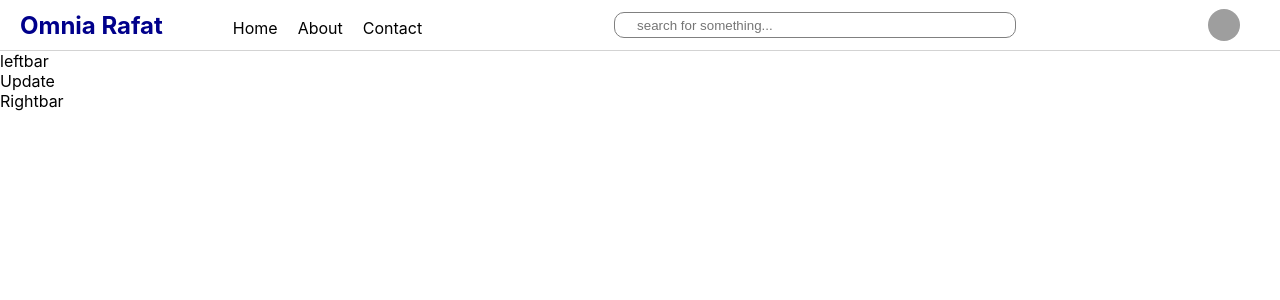
Repository: OmniaRafat232111121/ReduxToolKitt
Page: / (app in app/)
An editor plug-in stored every save of this project. The page is shown before and after a run of saves, followed by the edit.
The browser window is 1280 px wide. The pictures show the whole page.
Pictures or frames that could not be fetched are drawn as grey boxes. The project was rebuilt for these pictures with package versions that can differ from the ones it lists, and the page was loaded fresh each time. Also part of the build but not shown: app/src/App.css.

Above is the page before, as saved 2022-08-03 02:42:18.

After the next 5 saves:
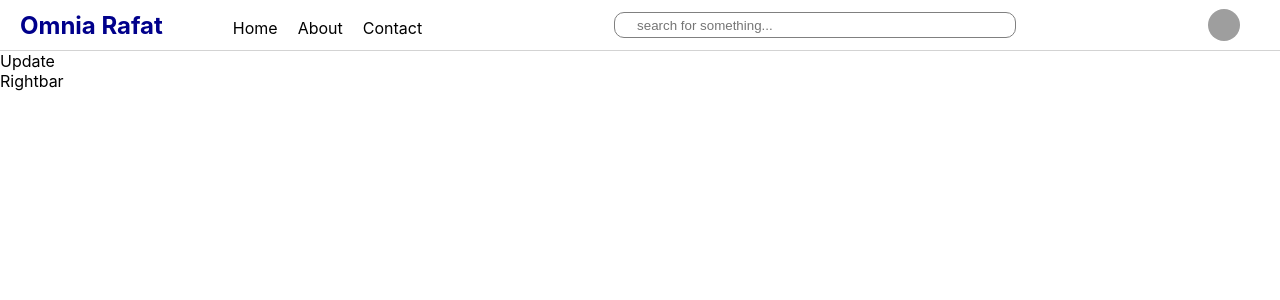
The 5 saves are shown as one change because they came seconds apart.
The last was saved 8 h 23 min later.
--- a/app/src/App.js
+++ b/app/src/App.js
@@ -1,7 +1,7 @@
 import {useState} from "react"
 import './App.css';
 import Navbar from "./components/Navbar/Navbar";
-import Leftbar from "./components/Leftbar/Leftbar";
+//import Leftbar from "./components/Leftbar/Leftbar";
 import Update from "./components/update/update";
 import Rightbar from "./components/Rightbar/Rightbar";
 
@@ -11,7 +11,7 @@ function App() {
     <>
     <Navbar name={name}/>
     <div className="container">
-     <Leftbar/>
+
      <Update/>
      <Rightbar/>
     </div>
